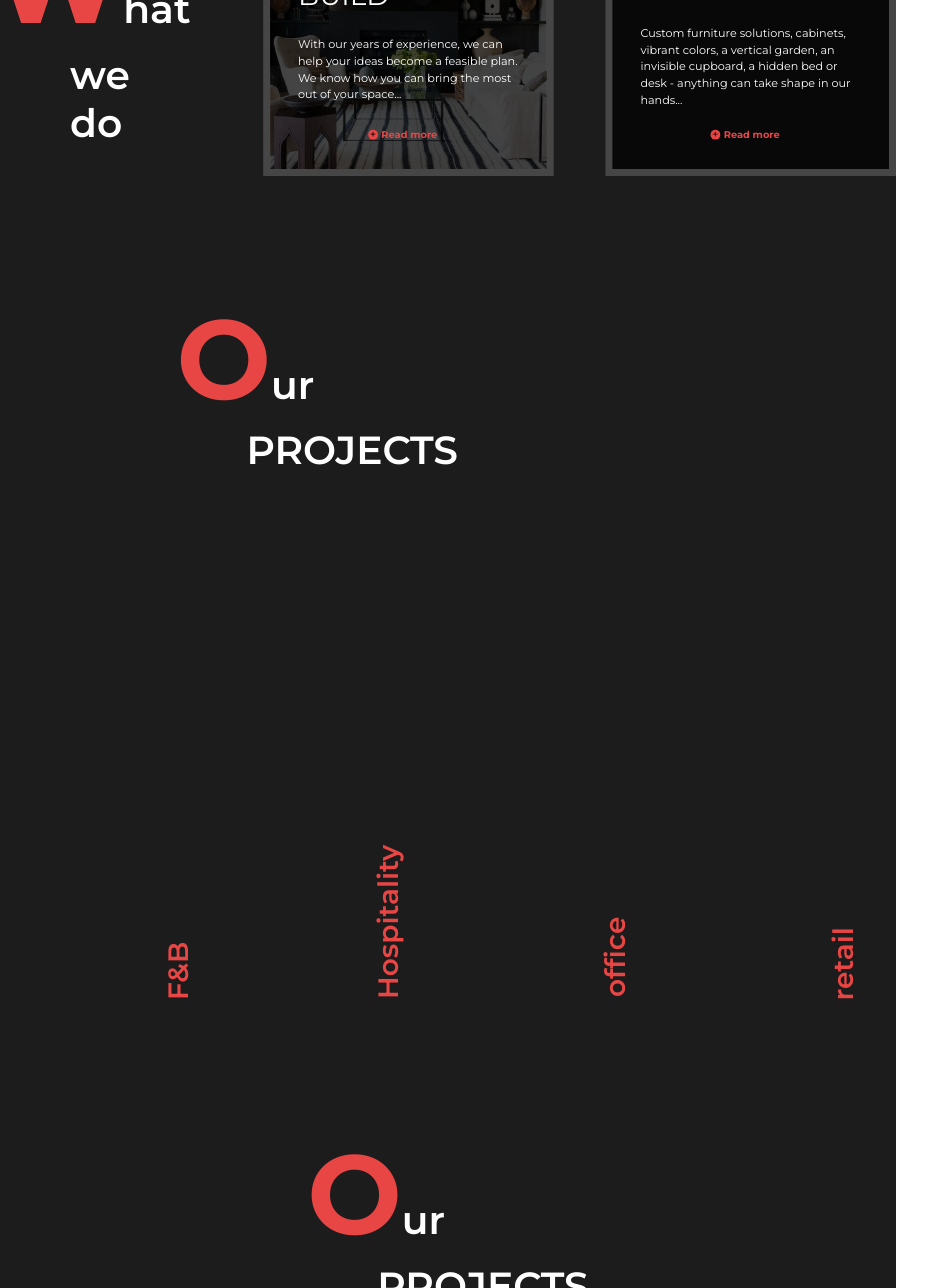
Repository: iphoneboy46/demoMonaFigma
Page: index.html
These files come from the project's save history. The page is drawn as it stood at one moment and after the next save; the edit follows.
The browser window is 1280 px wide. The page is 1330 px wide, so the pictures cover 1330 px, including what lies to the right of the window. The pictures show the part of the page from y = 2289 to 4129 px (the page is 5304 px tall), at 70% of full size.
Some web libraries are served in a nearby version.

Above is the page before, as saved 2023-03-20 21:47:11.

After the next save:
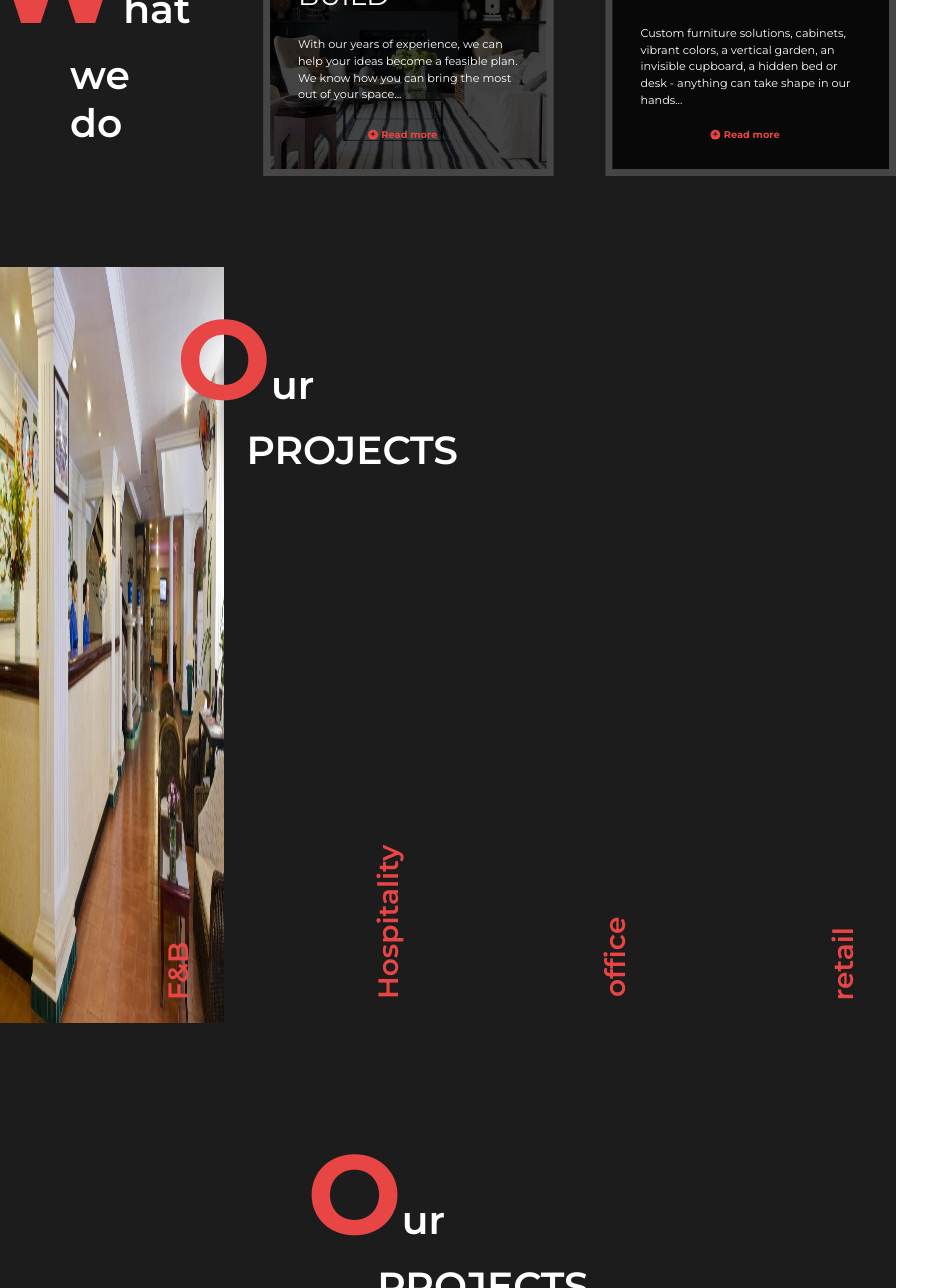
Saved 25 s later.
--- a/style.css
+++ b/style.css
@@ -750,9 +750,7 @@
   display: block;
 }
 
-.section_img-1 > .img-1-color {
-  display: none;
-}
+
 
 .section_img-1 > p {
   text-align: start;
